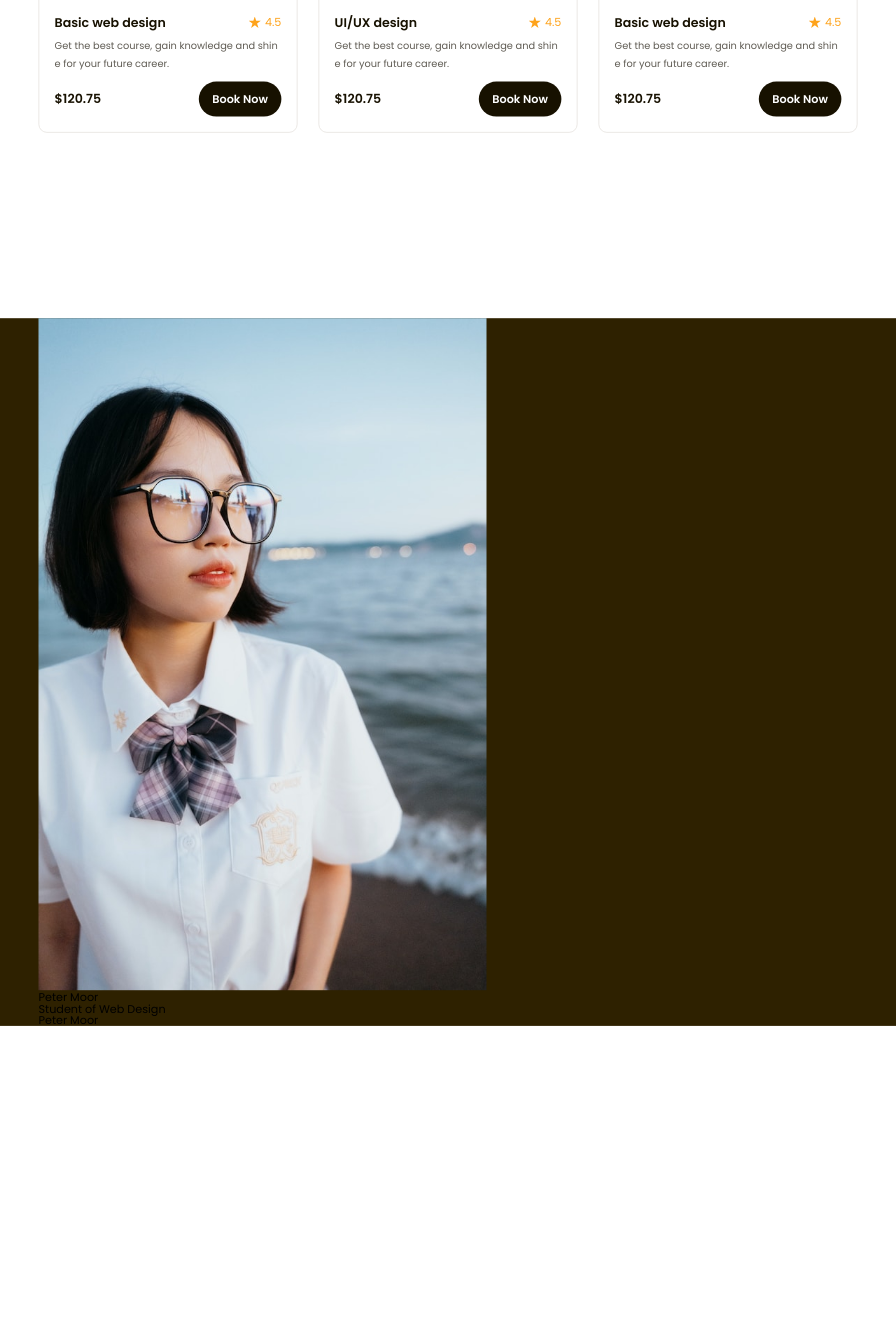
Repository: empty24062002/f8-htmlcss-02-pratice
Page: index.html
The author's editor kept a copy of each file at every save. The page is drawn from the files as they stood at one save, then again after the next save.
The browser window is 1280 px wide. The pictures show the part of the page from y = 1531 to 3451 px (the page is 5187 px tall), at 70% of full size.
A picture or video elsewhere on the page could not be fetched, so the positions and the page height are approximate.

Above is the page before, as saved 2023-07-19 09:18:14.

After the next save:
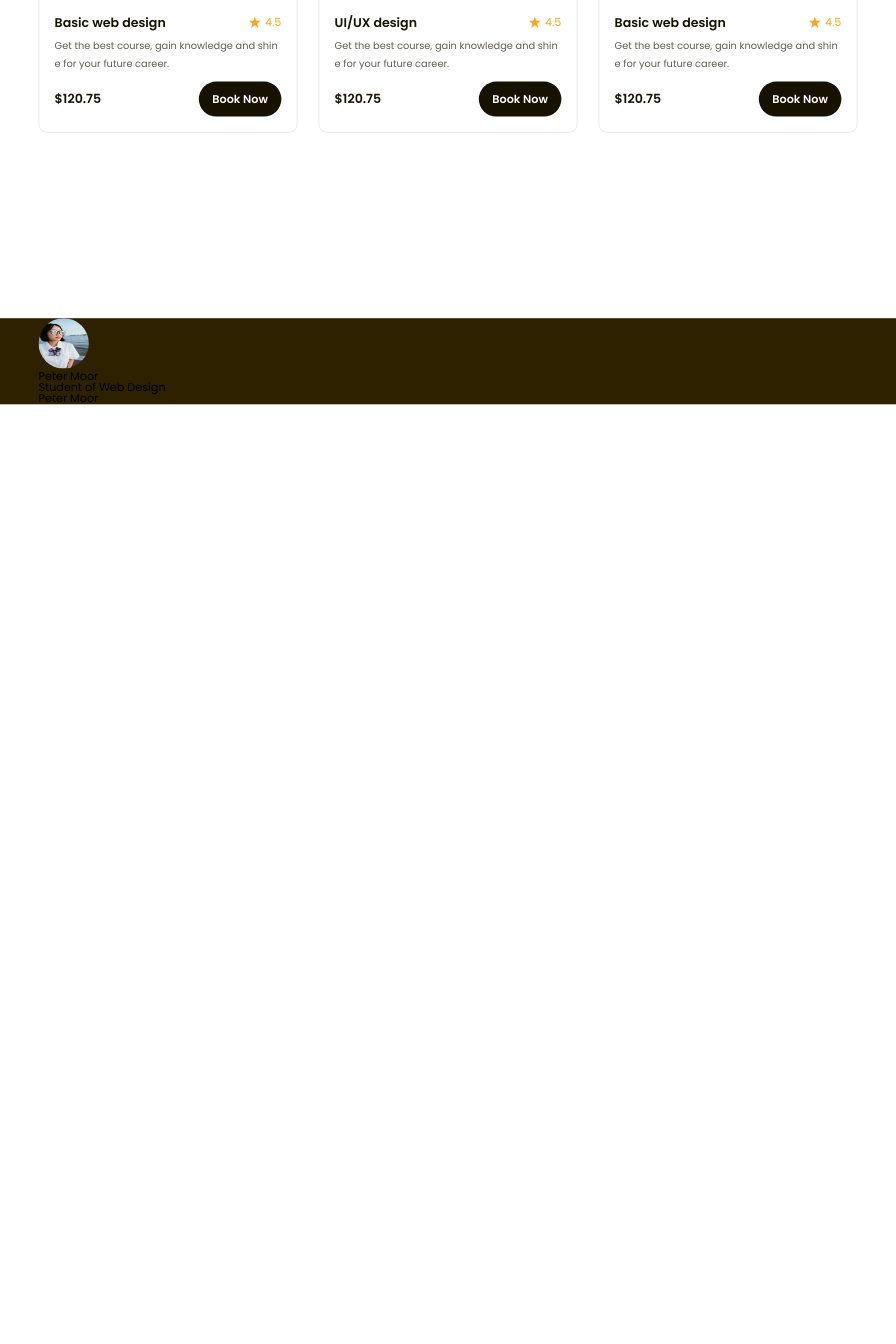
Saved 82 s later.
--- a/assets/css/styles.css
+++ b/assets/css/styles.css
@@ -409,3 +409,8 @@ a {
     margin-top: 200px;
     background-color: #2e2100;
 }
+.feedback-item .avatar {
+    width: 72px;
+    height: 72px;
+    border-radius: 50%;
+}
